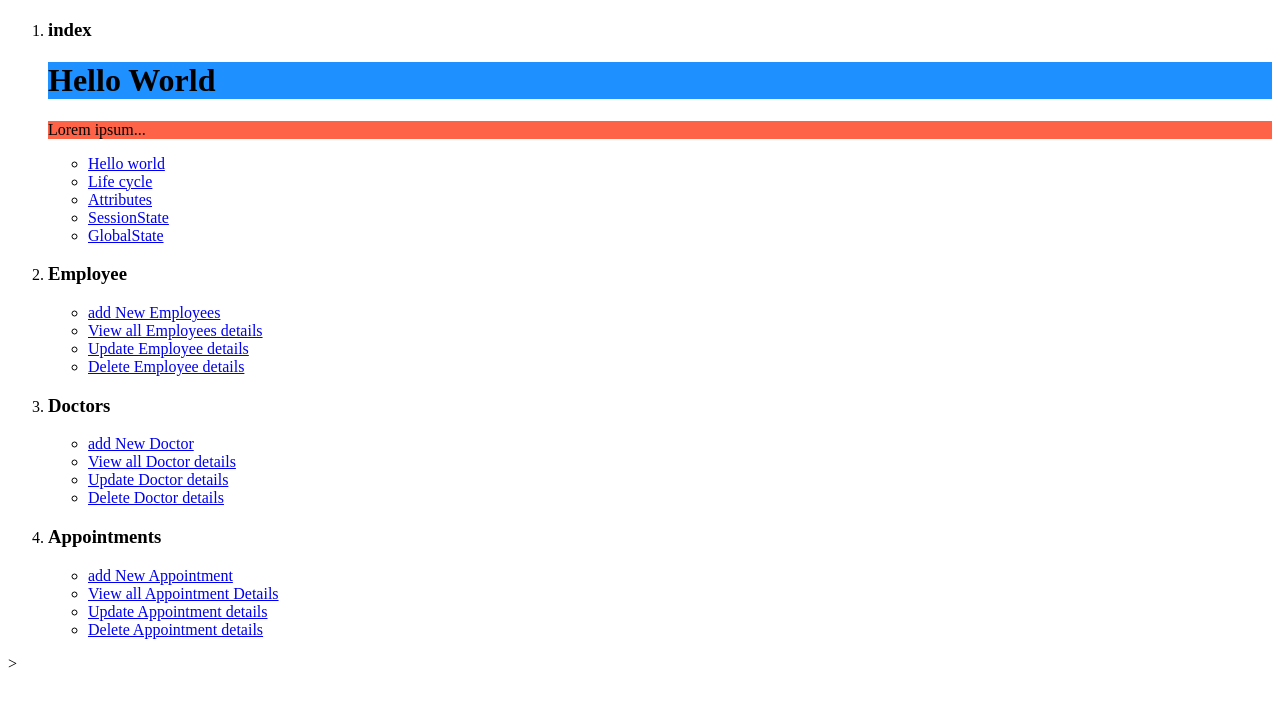
Repository: rameshraj97/Core-java
Page: firstWebsite/src/main/webapp/Index1.html
The author's editor kept a copy of each file at every save. The page is drawn from the files as they stood at one save, then again after the next save.
The browser window is 1280 px wide. The pictures show the whole page.

Above is the page before, as saved 2022-05-23 11:51:08.

After the next save:
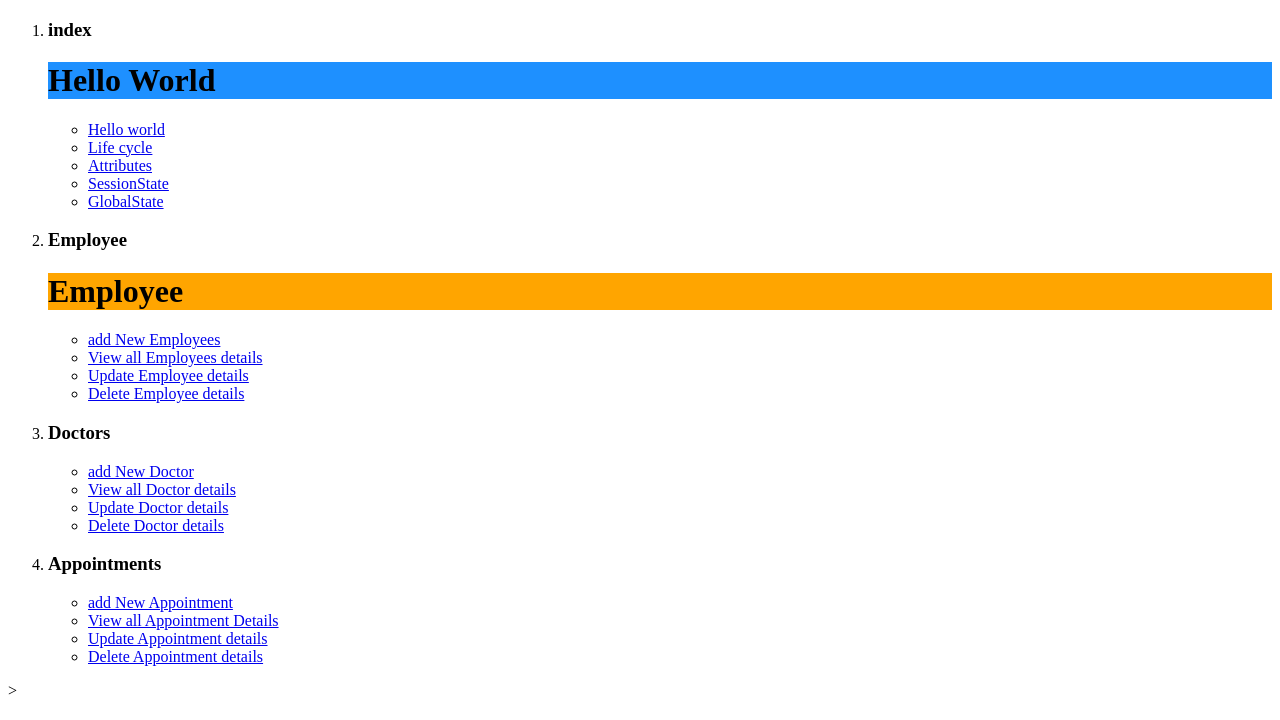
Saved 2 min 10 s later.
--- a/firstWebsite/src/main/webapp/Index1.html
+++ b/firstWebsite/src/main/webapp/Index1.html
@@ -8,7 +8,7 @@
   <ol><!-- ordered list -->
   <li><h3>index</h3></li>
            <h1 style="background-color:DodgerBlue;">Hello World</h1>
-           <p style="background-color:Tomato;">Lorem ipsum...</p>
+
           <ul>
          <li> <a href="/firstWebsite/HelloWorld">Hello world</a> </li>
          <li> <a href="/firstWebsite/LifeCycle">Life cycle</a> </li>
@@ -18,6 +18,7 @@
 
           </ul>
    <li><h3>Employee</h3></li>
+      <h1 style="background-color:Orange;">Employee</h1>
          <ul>
          <li><a href="/firstWebsite/AddEmployee.html">add New Employees</a></li>
          <li><a href="/firstWebsite/GetAllEmployees.html">View all Employees details</a></li>
